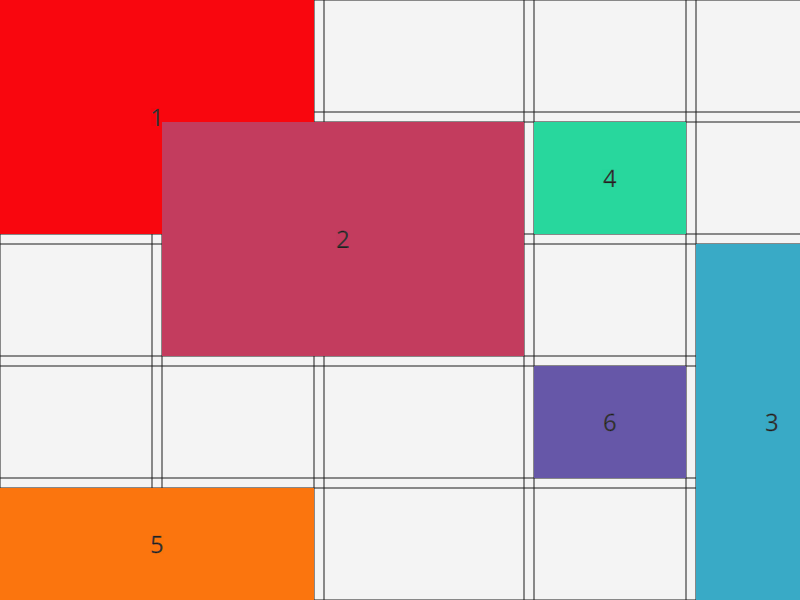
Repository: fredoluzjr/Java-Udemy
Program's window: java Workspace/exercicios-javafx/src/layout/AppLayout.java
These files come from the project's save history. The program's window is drawn as it stood at one moment and after the next save; the edit follows.
It runs on Java 21 on a 1366 x 768 screen with JavaFX 11; the title bar is not drawn.

Above is the program's window before, as saved 2021-07-08 23:34:27.

After the next save:
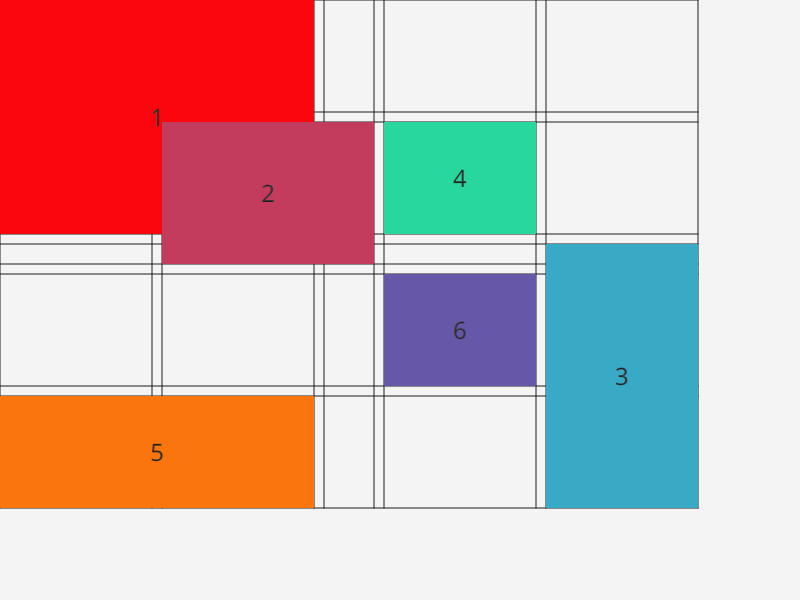
Saved 100 s later.
--- a/Workspace/exercicios-javafx/src/layout/TesteGridPane.java
+++ b/Workspace/exercicios-javafx/src/layout/TesteGridPane.java
@@ -18,7 +18,7 @@
 		setGridLinesVisible(true);
 
 		getColumnConstraints().addAll(cc(), cc(), fcc(), cc(), cc());
-		getRowConstraints().addAll(rc(), rc(), rc(), rc(), rc());
+		getRowConstraints().addAll(rc(), rc(), frc(), rc(), rc());
 
 		setVgap(10);
 		setHgap(10);
@@ -40,9 +40,8 @@
 
 	private ColumnConstraints fcc() {
 		ColumnConstraints cc = new ColumnConstraints();
-		//cc.setPercentWidth(20);
-		cc.setMinWidth(200);
-		cc.setMaxWidth(200);
+		cc.setMinWidth(50);
+		cc.setMaxWidth(50);
 		cc.setFillWidth(true);
 		return cc;
 	}
@@ -53,4 +52,12 @@
 		rc.setFillHeight(true);
 		return rc;
 	}
+
+	private RowConstraints frc() {
+		RowConstraints rc = new RowConstraints();
+		rc.setMinHeight(20);
+		rc.setMaxHeight(20);
+		rc.setFillHeight(true);
+		return rc;
+	}
 }
